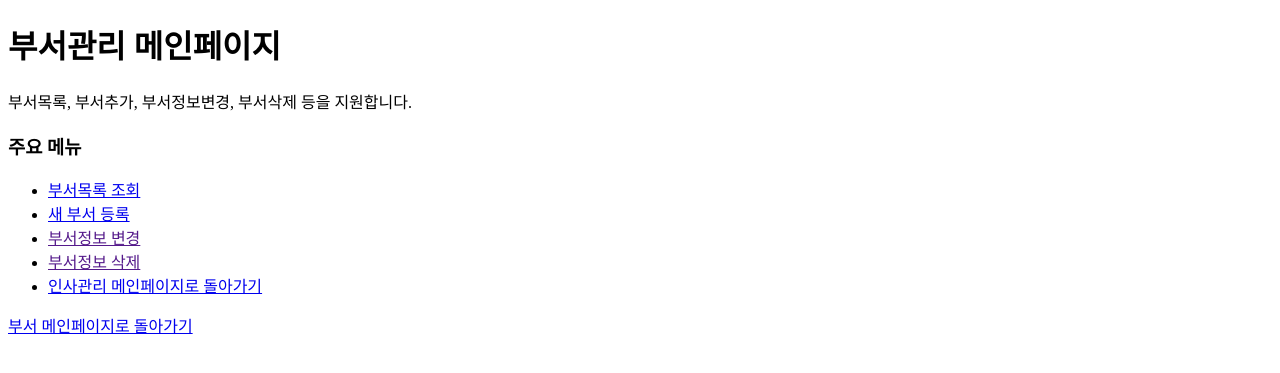
Repository: onuo77/HTA
Page: http://localhost/sample/hr/dept/main.jsp
The author's editor kept a copy of each file at every save. The page is drawn from the files as they stood at one save, then again after the next save.
The browser window is 1280 px wide. The pictures show the whole page.
The page is served by Tomcat 9.

Above is the page before, as saved 2021-05-21 07:46:32.

After the next save:
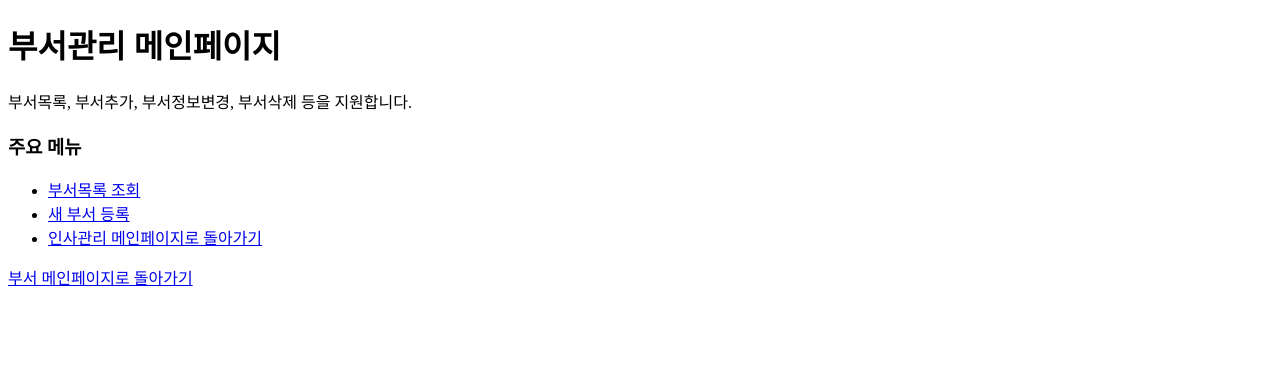
Saved 76 s later.
--- a/java-web/sample/src/main/webapp/hr/dept/main.jsp
+++ b/java-web/sample/src/main/webapp/hr/dept/main.jsp
@@ -14,8 +14,6 @@
 	<ul>
 		<li><a href="list.jsp">부서목록 조회</a></li>
 		<li><a href="form.jsp">새 부서 등록</a></li>
-		<li><a href="">부서정보 변경</a></li>
-		<li><a href="">부서정보 삭제</a></li>
 		<li><a href="../main.jsp">인사관리 메인페이지로 돌아가기</a></li>
 	</ul>
 
